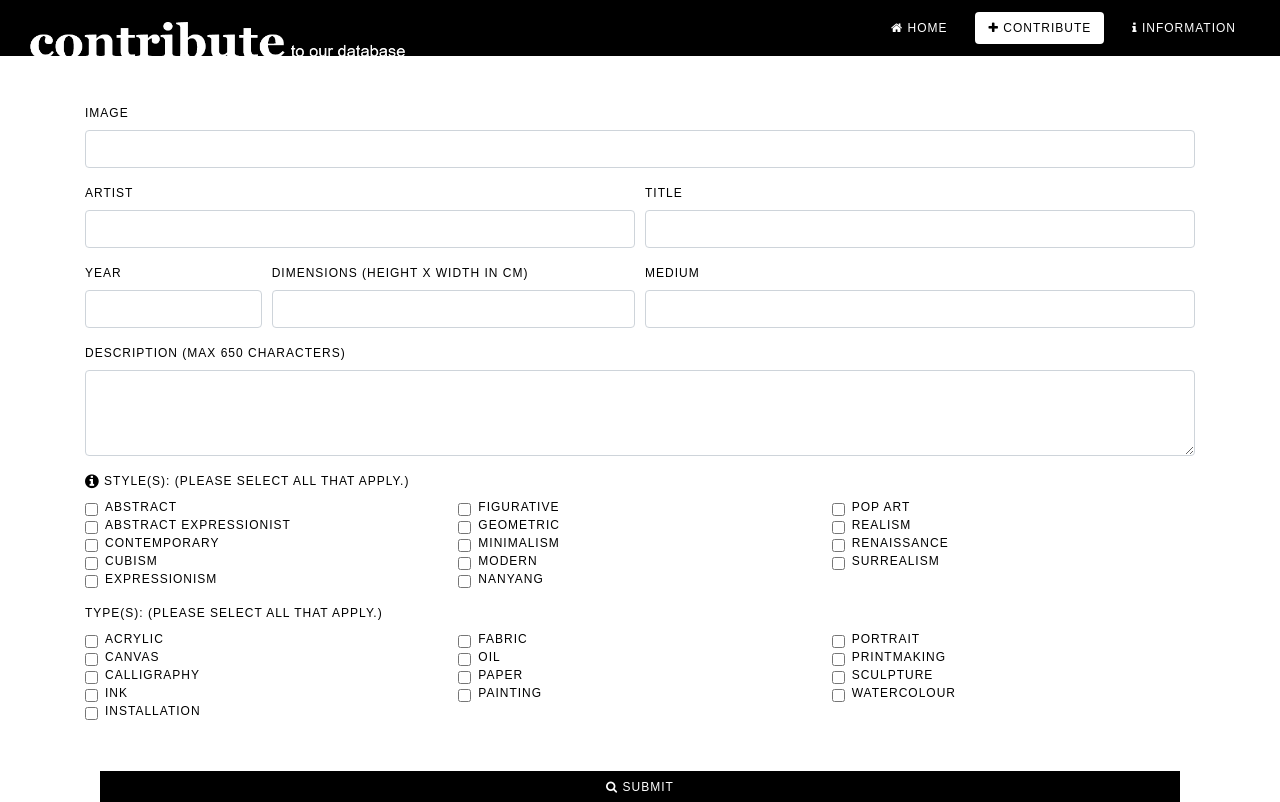
Repository: lynette-lyf/artwork-inventory
Page: http://localhost/add-artwork
The author's editor kept a record of every edit. The page is drawn from the files as they stood at one moment, then again after the next edit.
The browser window is 1280 px wide. The pictures show the whole page.
The page is served by the project's application, run on Flask 3 (app.py).

Above is the page before.
Not found: static/img/contributemobile.png

### templates/add_artwork.template.html
<!doctype html>
<html lang="en">
  <head>
     <!--Required meta tags -->
    <meta charset="utf-8">
    <meta name="viewport" content="width=device-width, initial-scale=1, shrink-to-fit=no">

     <!--Bootstrap CSS -->
    <link rel="stylesheet" href="https://stackpath.bootstrapcdn.com/bootstrap/4.3.1/css/bootstrap.min.css" integrity="sha384-ggOyR0iXCbMQv3Xipma34MD+dH/1fQ784/j6cY/iJTQUOhcWr7x9JvoRxT2MZw1T" crossorigin="anonymous">
     <!--Font Awesome CSS -->
    <link href="https://maxcdn.bootstrapcdn.com/font-awesome/4.7.0/css/font-awesome.min.css" rel="stylesheet"/>
     <!--Google Fonts API -->
    <link href="https://fonts.googleapis.com/css?family=Work+Sans:300,600,800&display=swap" rel="stylesheet">
    <link rel="stylesheet" type="text/css" href="/static/css/style.css">

    <title>Contribute an artwork</title>
  <style>
       body {
    font-family: Arial;
    font-size: 12px;
    color: black;
    text-transform: uppercase;
    letter-spacing:1px;
}

::-webkit-scrollbar {
  width: 5px;
  height: 5px;
  border-left: 0;
  background: white;
}

::-webkit-scrollbar-track {
  background: white;
}

::-webkit-scrollbar-thumb {
  background: black;
  border-radius: 0;
}

.navbar-default {
    background-color: black;
}


#logo {
    position: absolute;
    z-index:1;
    top:-3px;

}

#contribute {
  font-family: Arial;
    color: black;
    text-decoration: none;
    text-transform: uppercase;
    font-size: 12px;
    letter-spacing:1px;
    background-color: white;
    margin-right:15px;
}

#home, #information {
    font-family: Arial;
    color: white;
    text-decoration: none;
    text-transform: uppercase;
    font-size: 12px;
    letter-spacing:1px;
    background-color: black;
    margin-right:15px;
}

#submit {
    font-family: Arial;
    color: white;
    text-decoration: none;
    text-transform: uppercase;
    font-size: 12px;
    letter-spacing:1px;
    background-color: black;
    width:100%;
}

#home:hover, #information:hover, #submit:hover {
    background-color: white;
    color:black;
}

#info-style {
  color:black;
}

#info-style:hover {
  color:grey;
}



@media (max-width: 994px) {
    .img-fluid {
        max-width:100%
    }

    #home {
        margin-top:2rem;
    }

    #logo {
      background-image: url(/static/img/contributemobile.png);
    }
}

@media screen and (min-width: 995px) {
    .navbar-nav {
        align-items: end;
    }

    .img-fluid {
        max-height:500px;
        max-width:500px
    }
}

  </style>

  </head>


  <body>


    <img id="logo" style="max-height:100px;" src="/static/img/contribute-artwork.png"/>

<nav class="navbar navbar-expand-lg navbar-default">
  <a class="navbar-brand" href="#">&nbsp;</a>
  <button class="navbar-toggler" type="button" data-toggle="collapse" data-target="#navbarSupportedContent" aria-controls="navbarSupportedContent" aria-expanded="false" aria-label="Toggle navigation">
    <span class="navbar-toggler-icon"> <i class="fa fa-bars" style="color:#fff; font-size:28px;"></i></span>
  </button>

  <div class="collapse navbar-collapse justify-content-end" id="navbarSupportedContent">
    <ul class="navbar-nav">
      <li class="nav-item">
          <a href="/" id="home" class="btn btn-default"><i class="fa fa-home"></i>    Home</a>
      </li>
      <li class="nav-item">
          <div id="contribute" class="btn btn-default" aria-disabled="true"><i class="fa fa-plus"></i>    Contribute</div>
      </li>
      <li class="nav-item">
        <a href="information/artstyles" id="information" class="btn btn-default"><i class="fa fa-info"></i>    Information</a>
      </li>
    </ul>

        </div>
  </div>
</nav>


















    <div class='container'>

        <form class='form pt-5' method="POST">


          <div class='form-row'>
              <div class='col-12 mb-3'>
                <label>Image</label>
                <input type='text' class='form-control' name='image' required/>
            </div>



            <div class='col-6 mb-3'>
                <label>Artist</label>
                <input type='text' class='form-control' name='artist' required/>
            </div>
            <div class='col-6 mb-3'>
                <label>Title</label>
                <input type='text' class='form-control' name='title' required/>
            </div>
          </div>

          <div class='form-row'>
            <div class='col-2 mb-3'>
                <label>Year</label>
                <input type='number' class='form-control' maxlength='4' min='1000' max='2019' name='year' required/>
            </div>
            <div class='col-4 mb-3'>
                <label>Dimensions (height x width in cm)</label>
                <input type='text' class='form-control' name='dimensions' required/>
            </div>
            <div class='col-6 mb-3'>
                <label>Medium</label>
                <input type='text' class='form-control' name='medium' required/>
            </div>
          </div>

            <div class='form-group'>
                <label>Description (max 650 characters)</label>
                <textarea class="form-control" rows="3" name='description'></textarea>
            </div>

          <div class='form-row'>
            <div class='col-12'>
           <label><a href='information/artstyles'><i id="info-style" class="fa fa-info-circle fa-lg" aria-hidden="true"></i></a>  Style(s): (Please select all that apply.)</label>
           </div>
           </div>

            <div class='form-row'>
            <div class='col-4'>



            <div class="form-check">
            <input class="form-check-input" type='checkbox' value='Abstract' id="type" name="type">
            <label class="form-check-label" for="Abstract">Abstract</label>
            </div>

            <div class="form-check">
            <input class="form-check-input" type='checkbox' value='Abstract Expressionist' id="type" name="type">
            <label class="form-check-label" for="Abstract Expressionist">Abstract Expressionist</label>
            </div>

            <div class="form-check">
            <input class="form-check-input" type='checkbox' value='Contemporary' id="type" name="type">
            <label class="form-check-label" for="Contemporary">Contemporary</label>
            </div>

            <div class="form-check">
            <input class="form-check-input" type='checkbox' value='Cubism' id="type" name="type">
            <label class="form-check-label" for="Cubism">Cubism</label>
            </div>

            <div class="form-check">
            <input class="form-check-input" type='checkbox' value='Expressionism' id="type" name="type">
            <label class="form-check-label" for="Expressionism">Expressionism</label>
            </div>

            </div>

            <div class='col-4'>

            <div class="form-check">
            <input class="form-check-input" type='checkbox' value='Figurative' id="type" name="type">
            <label class="form-check-label" for="Figurative">Figurative</label>
            </div>

            <div class="form-check">
            <input class="form-check-input" type='checkbox' value='Geometric' id="type" name="type">
            <label class="form-check-label" for="Geometric">Geometric</label>
            </div>

            <div class="form-check">
            <input class="form-check-input" type='checkbox' value='Minimalism' id="type" name="type">
            <label class="form-check-label" for="Minimalism">Minimalism</label>
            </div>

            <div class="form-check">
            <input class="form-check-input" type='checkbox' value='Modern' id="type" name="type">
            <label class="form-check-label" for="Modern">Modern</label>
            </div>

            <div class="form-check">
            <input class="form-check-input" type='checkbox' value='Nanyang' id="type" name="type">
            <label class="form-check-label" for="Nanyang">Nanyang</label>
            </div>

            </div>

            <div class='col-4'>

            <div class="form-check">
            <input class="form-check-input" type='checkbox' value='Pop Art' id="type" name="type">
            <label class="form-check-label" for="Pop Art">Pop Art</label>
            </div>

            <div class="form-check">
            <input class="form-check-input" type='checkbox' value='Realism' id="type" name="type">
            <label class="form-check-label" for="Realism">Realism</label>
            </div>

            <div class="form-check">
            <input class="form-check-input" type='checkbox' value='Renaissance' id="type" name="type">
            <label class="form-check-label" for="Renaissance">Renaissance</label>
            </div>

            <div class="form-check">
            <input class="form-check-input" type='checkbox' value='Surrealism' id="type" name="type">
            <label class="form-check-label" for="Surrealism">Surrealism</label>
            </div>




            </div>
            </div>

            <div class='form-row'>
            <div class='col-12 pt-3'>

           <label>Type(s): (Please select all that apply.)</label>
           </div>
           </div>

            <div class='form-row pb-5'>
            <div class='col-4'>

            <div class="form-check">
            <input class="form-check-input" type='checkbox' value='Acrylic' id="type" name="type">
            <label class="form-check-label" for="Acrylic">Acrylic</label>
            </div>

            <div class="form-check">
            <input class="form-check-input" type='checkbox' value='Canvas' id="type" name="type">
            <label class="form-check-label" for="Canvas">Canvas</label>
            </div>

            <div class="form-check">
            <input class="form-check-input" type='checkbox' value='Calligraphy' id="type" name="type">
            <label class="form-check-label" for="Calligraphy">Calligraphy</label>
            </div>

            <div class="form-check">
            <input class="form-check-input" type='checkbox' value='Ink' id="type" name="type">
            <label class="form-check-label" for="Ink">Ink</label>
            </div>

            <div class="form-check">
            <input class="form-check-input" type='checkbox' value='Installation' id="type" name="type">
            <label class="form-check-label" for="Installation">Installation</label>
            </div>

            </div>

            <div class='col-4'>

            <div class="form-check">
            <input class="form-check-input" type='checkbox' value='Fabric' id="type" name="type">
            <label class="form-check-label" for="Fabric">Fabric</label>
            </div>

            <div class="form-check">
            <input class="form-check-input" type='checkbox' value='Oil' id="type" name="type">
            <label class="form-check-label" for="Oil">Oil</label>
            </div>

            <div class="form-check">
            <input class="form-check-input" type='checkbox' value='Paper' id="type" name="type">
            <label class="form-check-label" for="Paper">Paper</label>
            </div>

            <div class="form-check">
            <input class="form-check-input" type='checkbox' value='Painting' id="type" name="type">
            <label class="form-check-label" for="Painting">Painting</label>
            </div>

            </div>

            <div class='col-4'>

            <div class="form-check">
            <input class="form-check-input" type='checkbox' value='Portrait' id="type" name="type">
            <label class="form-check-label" for="Portrait">Portrait</label>
            </div>

            <div class="form-check">
            <input class="form-check-input" type='checkbox' value='Printmaking' id="type" name="type">
            <label class="form-check-label" for="Printmaking">Printmaking</label>
            </div>

            <div class="form-check">
            <input class="form-check-input" type='checkbox' value='Sculpture' id="type" name="type">
            <label class="form-check-label" for="Sculpture">Sculpture</label>
            </div>

            <div class="form-check">
            <input class="form-check-input" type='checkbox' value='Watercolour' id="type" name="type">
            <label class="form-check-label" for="Watercolour">Watercolour</label>
            </div>

            </div>
            </div>



          <div class="col-12 text-center">
             <button type="submit" id="submit" class="btn btn-default">
                <i class="fa fa-search"></i>    Submit
              </button>
          </div>
        </form>
    </div>

     <!-- Optional JavaScript -->
     <!--jQuery first, then Popper.js, then Bootstrap JS -->
    <script src="https://code.jquery.com/jquery-3.3.1.slim.min.js" integrity="sha384-q8i/X+965DzO0rT7abK41JStQIAqVgRVzpbzo5smXKp4YfRvH+8abtTE1Pi6jizo" crossorigin="anonymous"></script>
    <script src="https://cdnjs.cloudflare.com/ajax/libs/popper.js/1.14.7/umd/popper.min.js" integrity="sha384-UO2eT0CpHqdSJQ6hJty5KVphtPhzWj9WO1clHTMGa3JDZwrnQq4sF86dIHNDz0W1" crossorigin="anonymous"></script>
    <script src="https://stackpath.bootstrapcdn.com/bootstrap/4.3.1/js/bootstrap.min.js" integrity="sha384-JjSmVgyd0p3pXB1rRibZUAYoIIy6OrQ6VrjIEaFf/nJGzIxFDsf4x0xIM+B07jRM" crossorigin="anonymous"></script>
  </body>
</html>

### app.py
from flask import Flask, render_template, request, redirect, url_for, flash
import os
from bson import ObjectId
import re

import pymongo

MONGO_URI = os.getenv('MONGO_URI')
DATABASE_NAME = 'artworksAndConsigners'

conn = pymongo.MongoClient(MONGO_URI)

def get_connection():
    conn = pymongo.MongoClient(MONGO_URI)
    return conn

app = Flask(__name__)

# READ**************************************************************************

@app.route('/')
def index():
    search_terms = request.args.get('search-by')
    filter = request.args.getlist('filter')

    all_styles = ['Abstract', 'Abstract Expressionist', 'Contemporary', 'Cubism', 'Expressionism', 'Figurative', 'Geometric', 'Minimalism', 'Modern', 'Nanyang', 'Pop Art', 'Realism', 'Renaissance', 'Surrealism']
    all_types = ['Acrylic', 'Canvas', 'Calligraphy', 'Ink', 'Installation', 'Fabric', 'Oil', 'Paper', 'Painting', 'Portrait', 'Printmaking', 'Sculpture', 'Watercolour']

    search_criteria = {}
    print (search_criteria)
    if search_terms is not None and search_terms is not "":
        search_criteria["title"] = re.compile(r'{}'.format(search_terms), re.I)

    if len(filter) > 0:
        search_criteria['all_styles', 'all_types'] = {
            '$all' : filter
        }

    print (search_criteria)

    if search_terms is None:
        search_terms = ""

    conn = get_connection()
    artworksAndConsigners = conn[DATABASE_NAME]['artworksAndConsigners'].find(search_criteria)
    return render_template('index.template.html', results=artworksAndConsigners, search_terms=search_terms, filter=filter, all_styles=all_styles, all_types=all_types)

# CREATE************************************************************************

@app.route('/add-artwork')
def show_add_artwork_form():
    return render_template('add_artwork.template.html')

@app.route('/add-artwork', methods=['POST'])
def process_add_artwork_form():
    image = request.form.get('image')
    artist = request.form['artist']
    title = request.form['title']
    year = request.form['year']
    dimensions = request.form['dimensions']
    medium = request.form['medium']
    description = request.form['description']
    type = request.form.getlist('type')

    conn = get_connection()
    conn[DATABASE_NAME]['artworksAndConsigners'].insert({
        "image" : image,
        "artist" : artist,
        "title" : title,
        "year" : year,
        "dimensions" : dimensions,
        "medium" : medium,
        "description" : description,
        "type" : type
    })

    return redirect("/")

# UPDATE************************************************************************

@app.route('/edit-artwork/<artwork_id>')
def show_edit_artwork_form(artwork_id):
    conn = get_connection()
    artwork = conn[DATABASE_NAME]['artworksAndConsigners'].find_one({
        '_id': ObjectId(artwork_id)
    })

    results = artwork['type']
    all_styles = ['Abstract', 'Abstract Expressionist', 'Contemporary', 'Cubism', 'Expressionism', 'Figurative', 'Geometric', 'Minimalism', 'Modern', 'Nanyang', 'Pop Art', 'Realism', 'Renaissance', 'Surrealism']
    all_types = ['Acrylic', 'Canvas', 'Calligraphy', 'Ink', 'Installation', 'Fabric', 'Oil', 'Paper', 'Painting', 'Portrait', 'Printmaking', 'Sculpture', 'Watercolour']

    return render_template('edit_artwork.template.html', artworksAndConsigners=artwork,
    selected_type=results, all_styles=all_styles, all_types=all_types)

@app.route("/edit-artwork/<artwork_id>", methods=['POST'])
def process_edit_artwork_form(artwork_id):
    image = request.form.get('image')
    artist = request.form['artist']
    title = request.form['title']
    year = request.form['year']
    dimensions = request.form['dimensions']
    medium = request.form['medium']
    description = request.form['description']
    type = request.form.getlist('type')

    conn = get_connection()
    conn[DATABASE_NAME]["artworksAndConsigners"].update({
        '_id': ObjectId(artwork_id)
    }, {
       "image" : image,
        "artist" : artist,
        "title" : title,
        "year" : year,
        "dimensions" : dimensions,
        "medium" : medium,
        "description" : description,
        "type": type
    })

    return redirect("/")

# FAVOURITE FUNCTION************************************************************

@app.route('/button', methods=["POST"])
def button(artwork_id):
    votes = request.form.get('votes')

    if request.method == "POST":
        votes += 1  # Note this increment here.
    print (votes)
    conn = get_connection()
    conn[DATABASE_NAME]["artworksAndConsigners"].update({
        '_id': ObjectId(artwork_id)
    }, {
        "votes": votes
    })
    return redirect("/", votes=votes)





# DELETE************************************************************************

@app.route('/confirm-delete-artwork/<artwork_id>')
def confirm_delete_artwork(artwork_id):

    artwork = conn[DATABASE_NAME]["artworksAndConsigners"].find_one({
        '_id': ObjectId(artwork_id)
    }, {
        "image" : 1,
        "artist" : 1,
        "title" : 1,
        "year" : 1,
        "dimensions" : 1,
        "medium" : 1,
        "description" : 1,
        "type": 1
    })

    return render_template('confirm_delete_artwork.template.html', artworksAndConsigners=artwork)

@app.route('/delete-artwork/<artwork_id>')
def delete_artwork(artwork_id):
    conn[DATABASE_NAME]["artworksAndConsigners"].delete_one({
        '_id': ObjectId(artwork_id)
    })

    return redirect('/')

# INFORMATION FOR ART STYLES****************************************************
@app.route('/information/artstyles')
def art_style():
    conn = get_connection()
    styles = conn[DATABASE_NAME]['artstyles'].find()
    return render_template('artstyles.template.html', results=styles)


# "magic code" -- boilerplate
if __name__ == '__main__':
    app.run(host=os.environ.get('IP'),
    port=int(os.environ.get('PORT')),
    debug=True)

### static/css/style.css
body {
    font-family: Arial;
    font-size: 15px;
    color: black;
}

::-webkit-scrollbar {
  width: 5px;
  height: 5px;
  border-left: 0;
  background: white;
}

::-webkit-scrollbar-track {
  background: white;
}

::-webkit-scrollbar-thumb {
  background: black;
  border-radius: 0;
}

.navbar-default {
    background-color: black;
}


#logo {
    position: absolute;
    z-index:1;
    top:-4px;
}

#home, #contribute, #information {
    font-family: Arial;
    color: white;
    text-decoration: none;
    text-transform: uppercase;
    font-size: 12px;
    letter-spacing:1px;
    background-color: black;
    margin-right:15px;
}

#submit {
    font-family: Arial;
    color: white;
    text-decoration: none;
    text-transform: uppercase;
    font-size: 12px;
    letter-spacing:1px;
    background-color: grey;
    margin-right:15px;
    border-radius:0px;
    height:31px;
    margin-top:3px;
}
#home:hover, #contribute:hover, #information:hover, #submit:hover {
    background-color: white;
    color:black;
}

#search-by {
    border-radius:0px;
    font-family: Arial;
    font-weight:bold;
    color: black;
    text-transform: uppercase;
    font-size: 12px;
    margin-top:3px;
    border-width:0px;
}

#caret-dropdown {
    color:grey;
    background-color:white;
    height:31px;
    margin-top:3px;
}

.dropdown.dropdown-lg .dropdown-menu {
    margin-top: -1px;
    padding: 4px 15px;
}

.btn-group .btn {
    border-radius: 0;
    margin-left: -1px;
}
.form-horizontal .form-group {
    margin-left: 0;
    margin-right: 0;
}

@media (max-width: 994px) {
    .img-fluid {
        max-width:100%
    }

    #home {
        margin-top:2rem;
    }
}

@media screen and (min-width: 995px) {
    .navbar-nav {
        align-items: end;
    }

    #boot-search-box {
        width: 500px;
        margin: 0 auto;
    }
    .dropdown.dropdown-lg {
        position: static !important;
    }
    .dropdown.dropdown-lg .dropdown-menu {
        min-width: 500px;
    }

    .img-fluid {
        max-height:500px;
        max-width:500px
    }
}

.artist {
    font-family: 'Work Sans', sans-serif;
    font-weight: 800;
    text-transform: uppercase;
    font-size: 3vh;
    line-height:10%;
    margin-top:15px;
}

.title {
    font-style: italic;
    font-family: 'Work Sans', sans-serif;
    font-weight: 600;
    text-transform: uppercase;
    font-size: 1.8vh;
    margin-right: 2px;
    line-height:10%;
}

.year {
    font-style: italic;
    font-family: 'Work Sans', sans-serif;
    font-weight: 400;
    font-size: 1.8vh;
    margin-right: 2px;
}

.medium, .dimensions {
    letter-spacing: 1px;
    margin-bottom:0px;
}

.description {
    text-align: justify;
    margin-top: 20px;
}

.tag-label {
    text-transform: uppercase;
    font-weight: bold;
    margin-bottom: 0px;
}

.tags {
    text-transform: uppercase;
    font-size: 12px;
    margin-top: 0px;
}

.action {
    text-decoration: none;
    color: black;
    font-family: Arial;
    text-transform: uppercase;
    font-size: 10px;
    margin:5px;
}

.action:hover {
    color:white;
    background-color:black;
    border-radius:0px;
    border-width:0px;;
}

After the next edit:
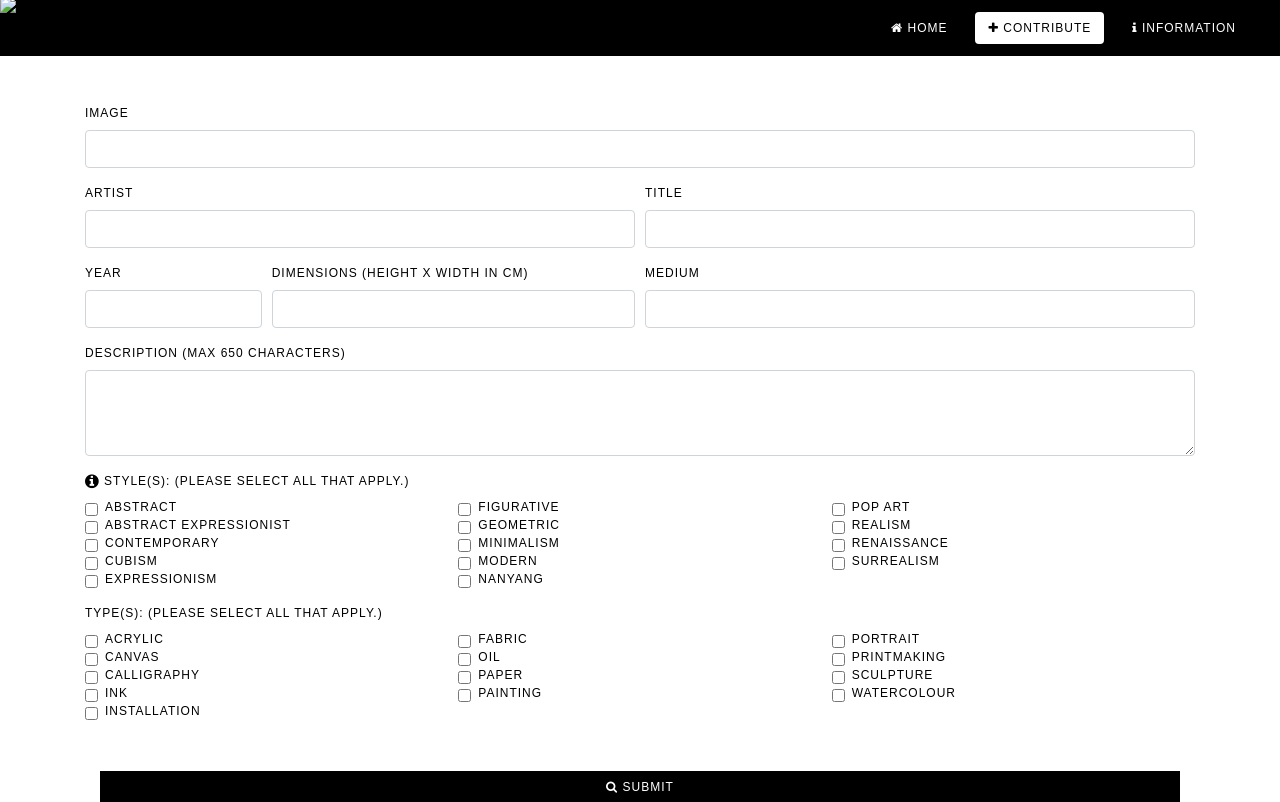
The edit:
--- a/templates/add_artwork.template.html
+++ b/templates/add_artwork.template.html
@@ -132,7 +132,7 @@
   <body>
 
 
-    <img id="logo" style="max-height:100px;" src="/static/img/contribute-artwork.png"/>
+    <img id="logo" style="max-height:100px;" src="/static/img/contributemobile.png"/>
 
 <nav class="navbar navbar-expand-lg navbar-default">
   <a class="navbar-brand" href="#">&nbsp;</a>
